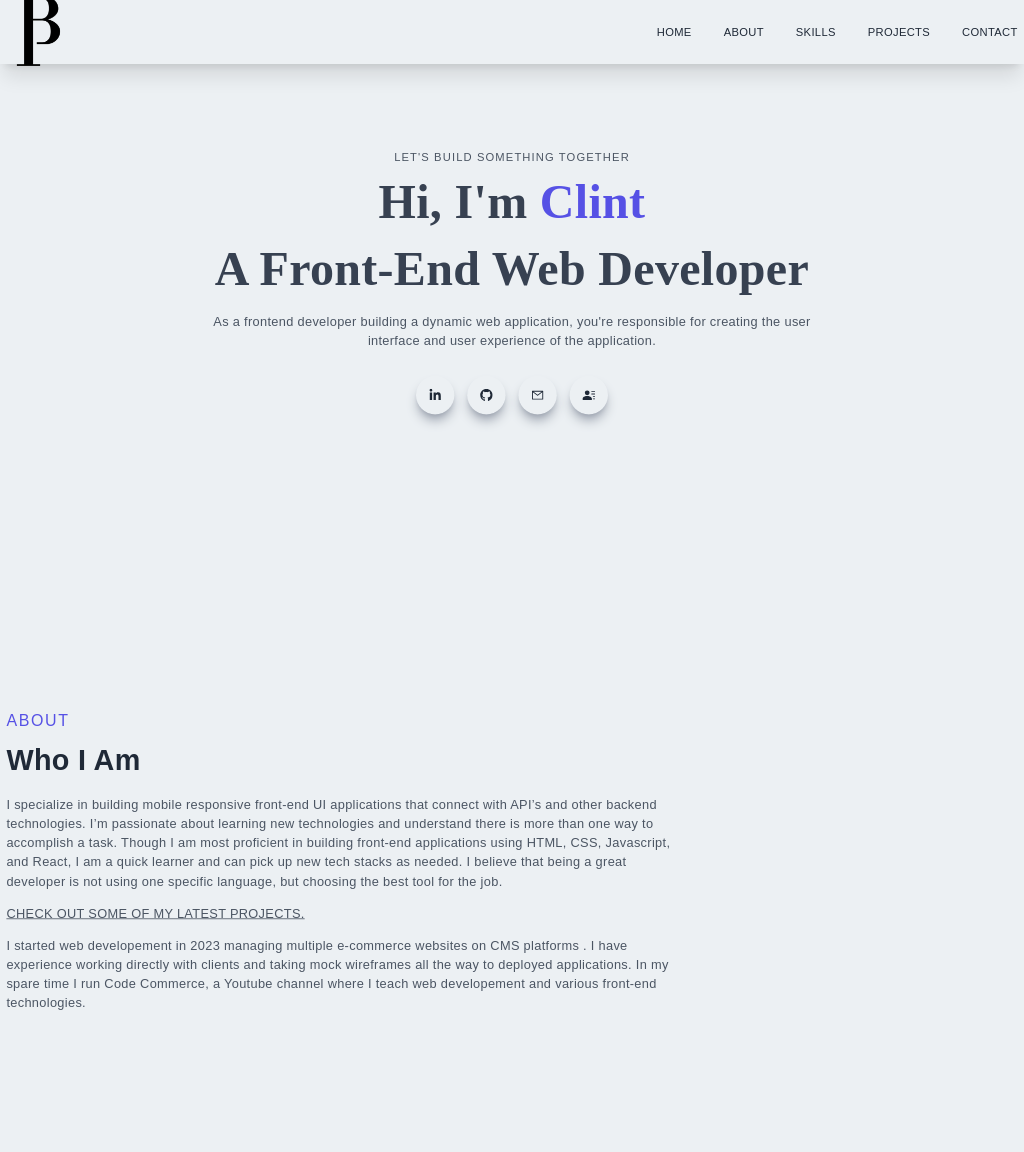
Repository: bittu-Patel/portfolio-resume-next-js
Page: /
The author's editor kept a copy of each file at every save. The page is drawn from the files as they stood at one save, then again after a run of saves.
The browser window is 1280 px wide. The pictures show the whole page, at 80% of full size.
The project was rebuilt for these pictures with package versions that can differ from the ones it lists, and the page was loaded fresh each time. The framework's server and built-in components were replaced by stand-ins that run in the browser. Also part of the build but not shown: next.config.js.

Above is the page before, as saved 2023-09-25 10:49:08.

After the next 5 saves:
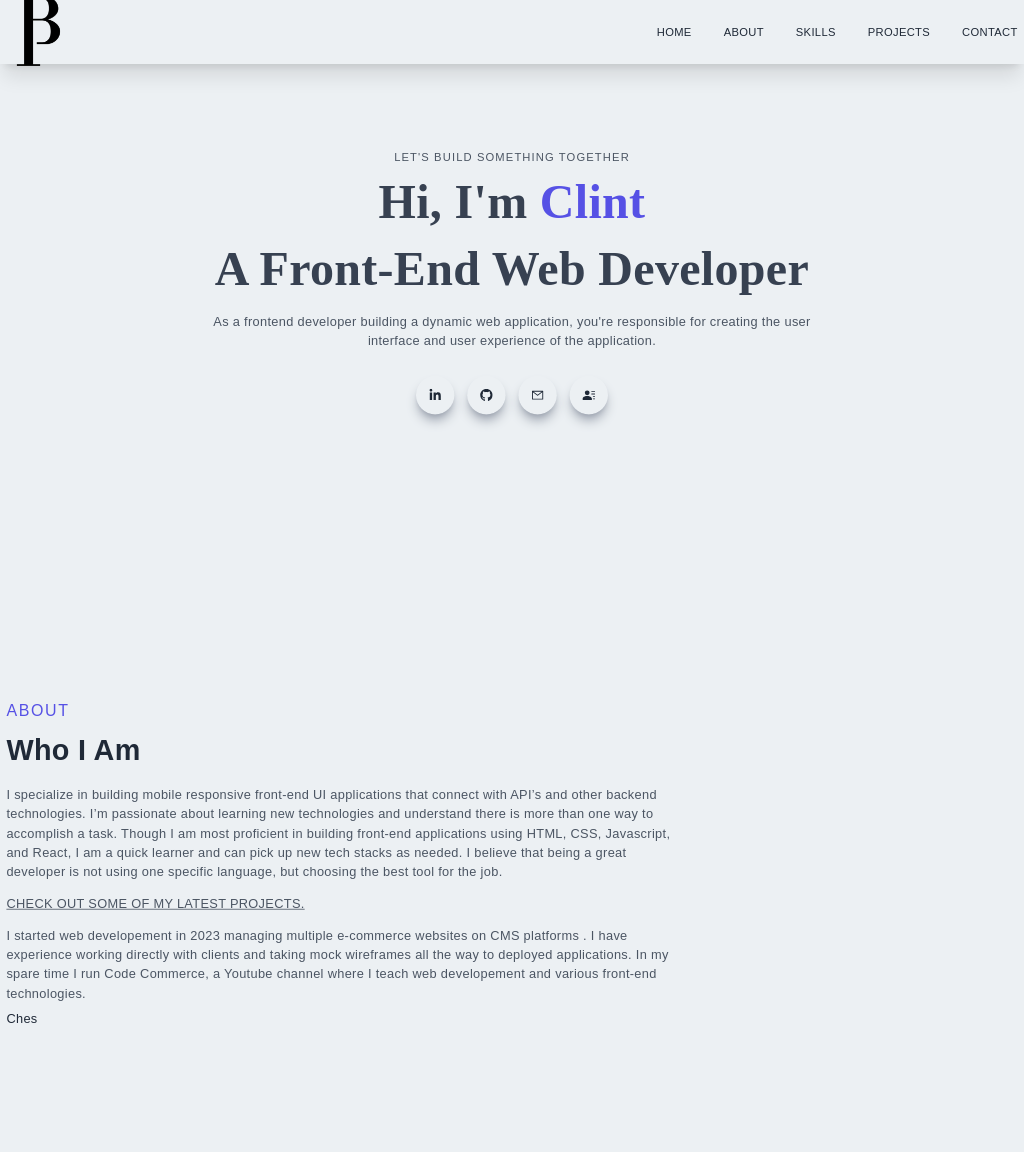
The 5 saves are shown as one change because they came seconds apart.
The last was saved 4 min 37 s later.
--- a/components/About.jsx
+++ b/components/About.jsx
@@ -28,6 +28,7 @@ const About = () => {
             time I run Code Commerce, a Youtube channel where I teach web
             developement and various front-end technologies.
           </p>
+          <p>Ches</p>
     </div>
             <div></div>
         </div>
